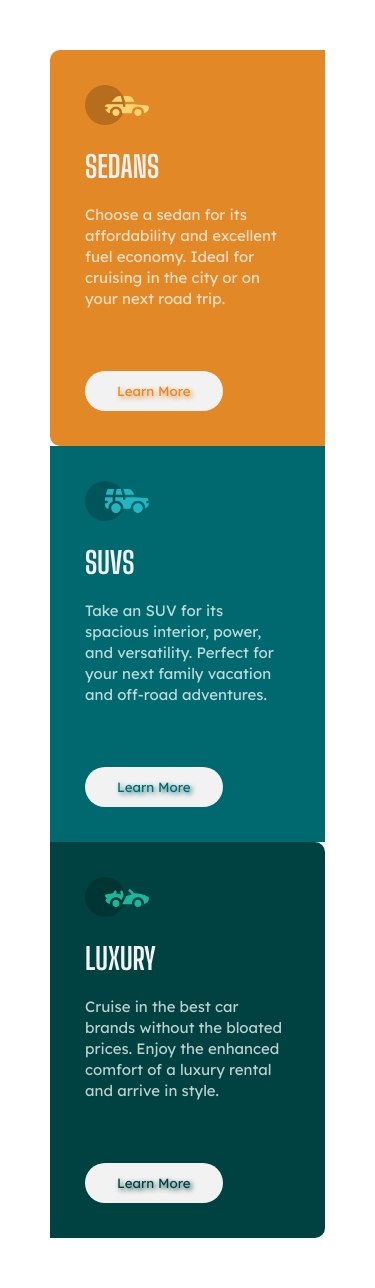
Repository: thaibaocoder1/3-column-card
Page: index.html
The author's editor kept a copy of each file at every save. The page is drawn from the files as they stood at one save, then again after the next save.
The browser window is 375 px wide. The pictures show the whole page.

Above is the page before, as saved 2023-01-11 21:25:49.

After the next save:
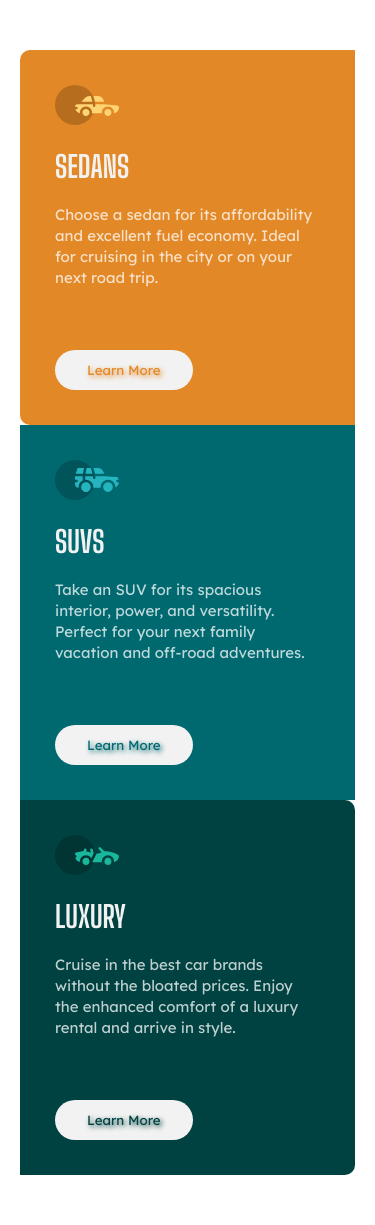
Saved 23 s later.
--- a/styles.css
+++ b/styles.css
@@ -94,7 +94,7 @@
 @media screen and (max-width: 376px) {
     .container {
         flex-direction: column;
-        padding: 5rem;
+        margin: 5rem 2rem;
         height: auto;
     }
 }
